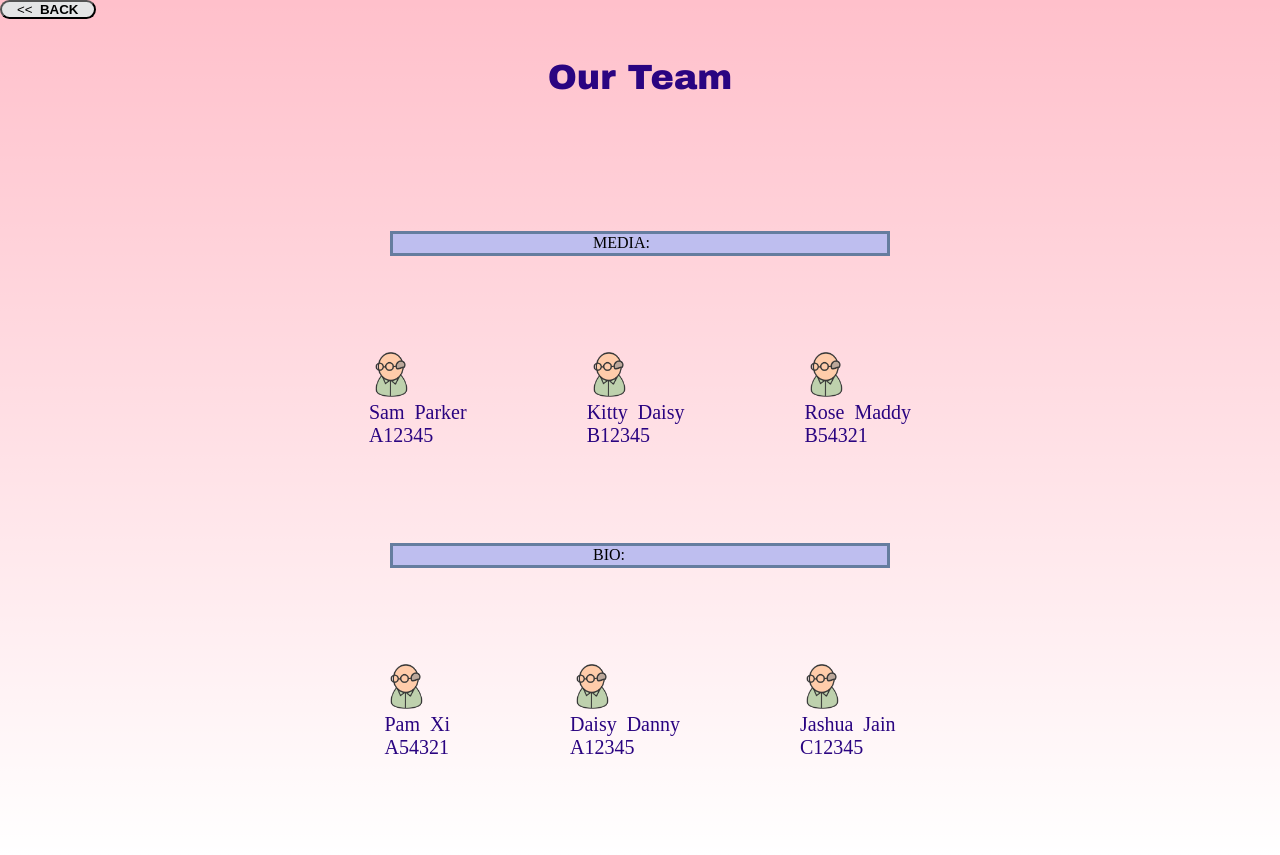
Repository: anoncoderin/madhu-assignment3
Page: /about
These files come from the project's save history. The page is drawn as it stood at one moment and after the next save; the edit follows.
The browser window is 1280 px wide. The pictures show the whole page.
The project was rebuilt for these pictures with package versions that can differ from the ones it lists, and the page was loaded fresh each time. The framework's server and built-in components were replaced by stand-ins that run in the browser. Also part of the build but not shown: next.config.js.

Above is the page before, as saved 2023-01-22 22:47:51.

### pages/about.js
import data from '../data/employee.json'
import { useState } from 'react'
import Link from 'next/link'
import Employee from '../components/Employee'
import styles from '@/styles/about.module.css'



export default function About() {
    console.log(data);
    const [information, setInformation] = useState([...data])
    return (

        <>
            <Link href="/"><button className={styles.button}>&lt;&lt;&nbsp;&nbsp;<b>BACK</b></button></Link>

            <div className={styles.header}>Our Team</div>

            <div className={styles.main}>
            <div className={styles.record}>MEDIA:</div>

            <div className={styles.row}>
            {

                information && information.map((info, index) => {
                    if (info.department === "Media") {
                        return (
                            <Employee key={index} employeeNumber={info.employeeNumber}
                                firstName={info.firstName}
                                lastName={info.lastName}
                            >
                            </Employee>

                        )
                    }

                }
                )
            }
            </div>

            <div className={styles.record}>BIO:</div>
            <div className={styles.row}>
            {
                information && information.map((info, index) => {
                    if (info.department === "Bio") {
                        return (
                            <Employee key={index} employeeNumber={info.employeeNumber}
                                firstName={info.firstName}
                                lastName={info.lastName}
                            >
                            </Employee>

                        )
                    }
                }
                )
            }
            </div>
            </div>

        </>

    )
}

### styles/globals.css
:root {
  --max-width: 1100px;
  --border-radius: 12px;
  --font-mono: ui-monospace, Menlo, Monaco, 'Cascadia Mono', 'Segoe UI Mono',
    'Roboto Mono', 'Oxygen Mono', 'Ubuntu Monospace', 'Source Code Pro',
    'Fira Mono', 'Droid Sans Mono', 'Courier New', monospace;

  --foreground-rgb: 0, 0, 0;
  --background-start-rgb: 255, 192, 203;
  --background-end-rgb: 255, 255, 255;

  --primary-glow: conic-gradient(
    from 180deg at 50% 50%,
    hsla(78, 61%, 87%, 0.2) 0deg,
    #0885ff33 55deg,
    #54d6ff33 120deg,
    #0071ff33 160deg,
    transparent 360deg
  );
  --secondary-glow: radial-gradient(
    rgba(255, 255, 255, 1),
    rgba(255, 255, 255, 0)
  );

  --tile-start-rgb: 239, 245, 249;
  --tile-end-rgb: 228, 232, 233;
  --tile-border: conic-gradient(
    #00000080,
    #00000040,
    #00000030,
    #00000020,
    #00000010,
    #00000010,
    #00000080
  );

  --callout-rgb: 238, 240, 241;
  --callout-border-rgb: 172, 175, 176;
  --card-rgb: 180, 185, 188;
  --card-border-rgb: 131, 134, 135;
}

@media (prefers-color-scheme: dark) {
  :root {
    --foreground-rgb: 255, 255, 255;
    --background-start-rgb: 0, 0, 0;
    --background-end-rgb: 0, 0, 0;

    --primary-glow: radial-gradient(rgba(1, 65, 255, 0.4), rgba(1, 65, 255, 0));
    --secondary-glow: linear-gradient(
      to bottom right,
      rgba(1, 65, 255, 0),
      rgba(1, 65, 255, 0),
      rgba(1, 65, 255, 0.3)
    );

    --tile-start-rgb: 2, 13, 46;
    --tile-end-rgb: 2, 5, 19;
    --tile-border: conic-gradient(
      #ffffff80,
      #ffffff40,
      #ffffff30,
      #ffffff20,
      #ffffff10,
      #ffffff10,
      #ffffff80
    );

    --callout-rgb: 20, 20, 20;
    --callout-border-rgb: 108, 108, 108;
    --card-rgb: 100, 100, 100;
    --card-border-rgb: 200, 200, 200;
  }
}

* {
  box-sizing: border-box;
  padding: 0;
  margin: 0;
}

html,
body {
  max-width: 100vw;
  overflow-x: hidden;
}

body {
  color: rgb(var(--foreground-rgb));
  background: linear-gradient(
      to bottom,
      transparent,
      rgb(var(--background-end-rgb))
    )
    rgb(var(--background-start-rgb));
}

a {
  color: inherit;
  text-decoration: none;
}

@media (prefers-color-scheme: dark) {
  html {
    color-scheme: dark;
  }
}

### data/employee.json

[
{
    "employeeNumber": "A12345",
    "firstName": "Sam",
    "lastName": "Parker",
    "department": "Media"
},
{
    "employeeNumber": "A54321",
    "firstName": "Pam",
    "lastName": "Xi",
    "department": "Bio"
},
{
    "employeeNumber": "B12345",
    "firstName": "Kitty",
    "lastName": "Daisy",
    "department": "Media"
},
{
    "employeeNumber": "B54321",
    "firstName": "Rose",
    "lastName": "Maddy",
    "department": "Media"
},
{
    "employeeNumber": "A12345",
    "firstName": "Daisy",
    "lastName": "Danny",
    "department": "Bio"
},
{
    "employeeNumber": "C12345",
    "firstName": "Jashua",
    "lastName": "Jain",
    "department": "Bio"
}





]

### components/Employee/index.js
import styles from '@/styles/about.module.css'
export default function Employee(
    {
        employeeNumber = "none",
        firstName = "none",
        lastName = "none",
        department = "none",
        image = 'icon/personThree.png'
    }
) {
    return (
        <div>
            <div>
                <img src={image} width="45px"></img>
            </div>

            <div className={styles.dpt}>
                <p> {firstName} &nbsp;
                    {lastName}<br></br>
                    {employeeNumber}
                </p>
            </div>
        </div>
    )
}

### styles/about.module.css
.header{
    display: flex;
    flex-direction: column;
    justify-content: space-between;
    align-items: center;
        padding: 39px;
    background-color: rgb(147, 147, 147));
    color: rgb(42, 4, 129);

    font-size: 35px;
    margin: 45;
    font-family: arial black;

}



.main {
    display: flex;
    flex-direction: column;
    justify-content: space-between;
    align-items: center;
    padding: 6rem;
    min-height: 100vh;
  }

  .dpt{
    color: rgb(42, 4, 129) ;
    font-size: 20px;

  }

  .record{
    padding-left: 200px;
    height: 25px;
    width: 500px;
    background-color: #bebeef;
    border-style:solid;
    border-color:#657d9f;
  }

  .row{
    display: flex;
    flex-direction: row;
    justify-content:space-evenly;
    gap: 120px;

  }
  .button{
    padding-left: 15px;
    padding-right: 15px;

    border-radius: 10px;
    background-color: #e4e5e6;
  }

Loaded but not shown: pages/_app.js (common file); pages/_document.js (common file)

After the next save:
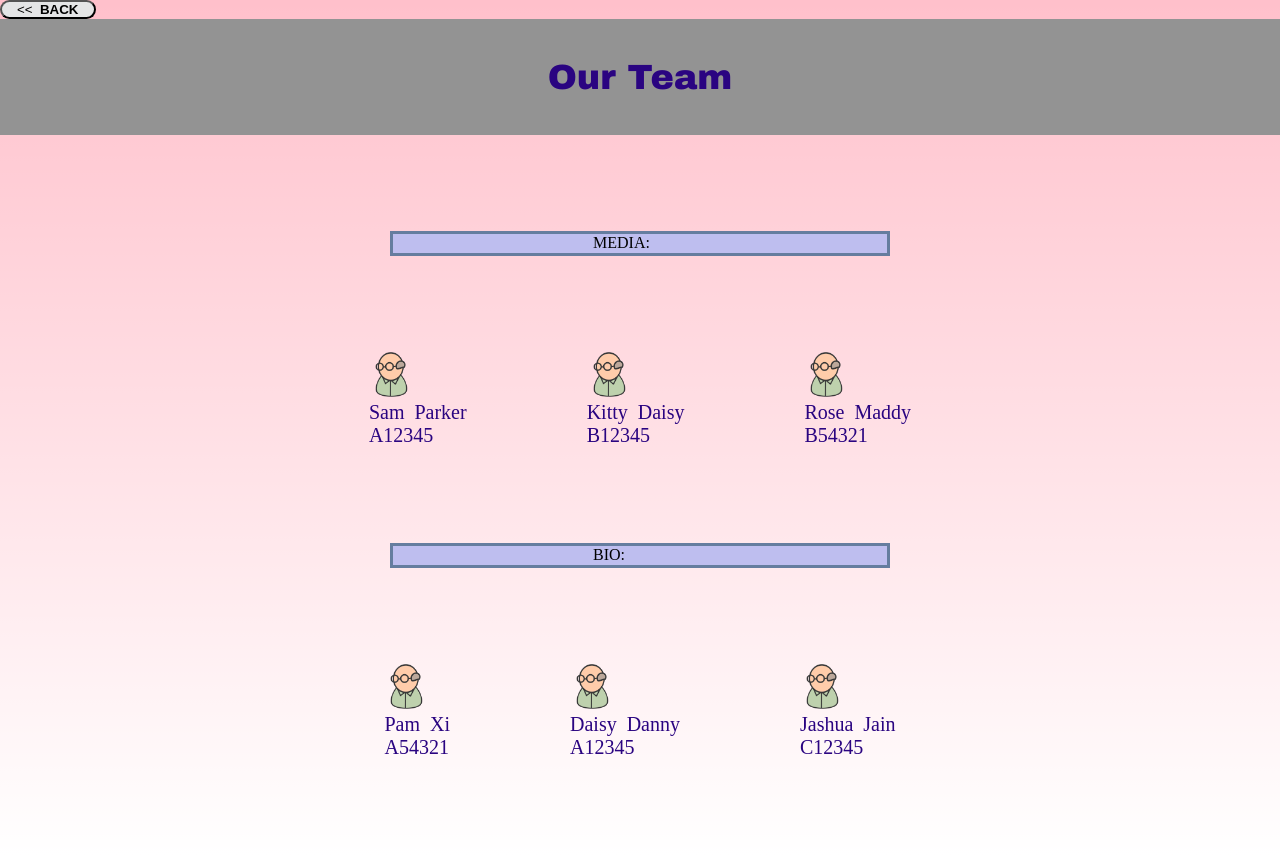
Saved 6 s later.
--- a/styles/about.module.css
+++ b/styles/about.module.css
@@ -4,7 +4,7 @@
     justify-content: space-between;
     align-items: center;
         padding: 39px;
-    background-color: rgb(147, 147, 147));
+    background-color: rgb(147, 147, 147);
     color: rgb(42, 4, 129);
 
     font-size: 35px;
